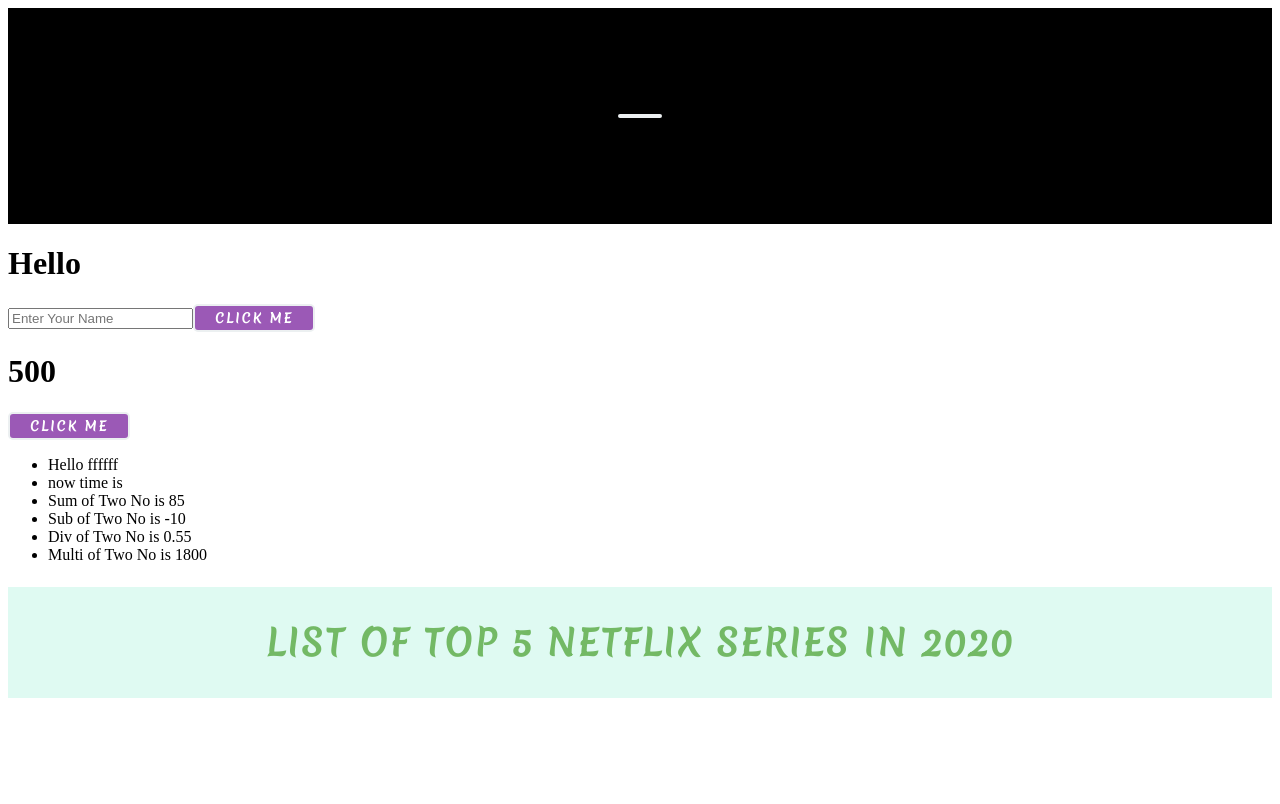
Repository: hardik2626/reactlearn2020
Page: /
The author's editor kept a copy of each file at every save. The page is drawn from the files as they stood at one save, then again after a run of saves.
The browser window is 1280 px wide. The pictures show the part of the page from y = 0 to 804 px (the page is 1828 px tall).
Pictures or frames that could not be fetched are drawn as grey boxes. The project was rebuilt for these pictures with package versions that can differ from the ones it lists, and the page was loaded fresh each time.

Above is the page before, as saved 2020-10-10 10:52:14.

### public/index.html
<!DOCTYPE html>
<html lang="en">

<head>
    <meta charset="utf-8" />
    <link rel="icon" href="%PUBLIC_URL%/favicon.ico" />
    <meta name="viewport" content="width=device-width, initial-scale=1" />
    <meta name="theme-color" content="#000000" />
    <meta name="description" content="Web site created using create-react-app" />
    <link rel="apple-touch-icon" href="%PUBLIC_URL%/logo192.png" />
    <!--
      manifest.json provides metadata used when your web app is installed on a
      user's mobile device or desktop. See https://developers.google.com/web/fundamentals/web-app-manifest/
    -->
    <link rel="manifest" href="%PUBLIC_URL%/manifest.json" />
    <!--
      Notice the use of %PUBLIC_URL% in the tags above.
      It will be replaced with the URL of the `public` folder during the build.
      Only files inside the `public` folder can be referenced from the HTML.

      Unlike "/favicon.ico" or "favicon.ico", "%PUBLIC_URL%/favicon.ico" will
      work correctly both with client-side routing and a non-root public URL.
      Learn how to configure a non-root public URL by running `npm run build`.
    -->
    <link href="https://fonts.googleapis.com/css2?family=Merienda&display=swap" rel="stylesheet">
    <title>React App</title>
</head>

<body>
    <noscript>You need to enable JavaScript to run this app.</noscript>
    <div id="root"></div>
    <!--
      This HTML file is a template.
      If you open it directly in the browser, you will see an empty page.

      You can add webfonts, meta tags, or analytics to this file.
      The build step will place the bundled scripts into the <body> tag.

      To begin the development, run `npm start` or `yarn start`.
      To create a production bundle, use `npm run build` or `yarn build`.
    -->
</body>

</html>

### src/index.js
import React from 'react';
import ReactDOM from 'react-dom';
import App from './App';
import Cards from './Cards'
import './index.css';
import Sdata from './Sdata'

//console.log(Sdata[1].sname);

/*function nCard(val){
  //console.log(val);
  return(
    <Cards
     imgsrc={val.imgsrc}
     sname={val.sname}
     title={val.title}
     link={val.link}
     />
  )
}*/



ReactDOM.render(
  <>

  <App myname="ffffff" />


    <h1 className="heading_style">List of TOP 5 Netflix Series in 2020</h1>
    {/* {Sdata.map(nCard)}; */}

    {Sdata.map((val, index) => {
      console.log(index);
      return(
        <React.Fragment key={val.imgsrc}>
        <Cards  imgsrc={val.imgsrc} sname={val.sname} title={val.title} link={val.link} />
        </React.Fragment>
      )
      }
    )};


     { /* <Cards imgsrc={Sdata[1].imgsrc} sname={Sdata[1].sname} title={Sdata[1].title} link={Sdata[1].link} />
     <Cards imgsrc={Sdata[2].imgsrc} sname={Sdata[2].sname} title={Sdata[2].title} link={Sdata[2].link} /> */ }

  </>, document.getElementById('root')
);

### src/App.js
import React from 'react';
import add, { sub, mult, div } from './Calc';
import Eventhand from './Eventhand';
import Myform from './Myform';
import Myhooks from './Myhooks';

function App(props){

  return(
    <>
    <Eventhand />
   <Myform />
   <Myhooks />
  <ul>
  <li>Hello {props.myname}</li>
  <li>now time is {new Date().toLocaleDateString}</li>
    <li>Sum of Two No is {add(45,40)}</li>
    <li>Sub of Two No is {sub(30,40)}</li>
    <li>Div of Two No is {div(22,40)}</li>
    <li>Multi of Two No is {mult(45,40)}</li>
  </ul>
  </>
  )
}

export default App

### src/Cards.jsx
import React from 'react';

function Cards(props){
  //console.log(props)
  return(
    <>
    <div className="cards">
      <div className="card">
        <img src={props.imgsrc} alt="ALPIC" className="card__img" />
        <div className="card__info">
          <span className="card__category">{props.title}</span>
          <h3 className="card__title"> {props.sname} </h3>
          <a href={props.link } target="_blank">
            <button>Watch Now</button>
          </a>
        </div>
      </div>
    </div>
  </>
  )
}
export default Cards

### src/index.css
/* * {
    margin: 0;
    padding: 0;
    box-sizing: border-box;
}

.heading {
    color: blue;
    text-align: center;
    text-transform: capitalize;
    font-weight: bold;
    text-shadow: 0px 2ps 4px #ffe9c5;
    font-family: 'Merienda', cursive;
}

.heading2 {
    color: #c75757;
    text-align: center;
    text-transform: capitalize;
    font-weight: bold;
    font-family: 'Merienda', cursive;
}

.imgDIV {
    width: 200px;
    height: auto;
    margin-top: 20px;
    display: inline;
}

body {
    background-color: #b4f2e1;
    box-sizing: border-box;
    margin: 0;
    padding: 0;
    font-family: 'Gill Sans', 'Gill Sans MT', Calibri, 'Trebuchet MS', sans-serif;
}

div {
    width: 100%;
    height: 100vh;
    display: flex;
    justify-content: center;
    align-items: center;
    margin-top: -30px;
}

h1 {
    padding: 20px;
    background-color: #ffe9c5;
    color: #fa9191;
    border-radius: 20px;
    font-size: 60px;
}

span {
    color: #eb6383;
} */

.heading_style {
    padding: 30px 0;
    text-align: center;
    font-family: 'Merienda', cursive;
    text-transform: uppercase;
    font-size: 35px;
    letter-spacing: 2px;
    font-weight: bold;
    color: #3d9820ab;
    background-color: #b4f2e16b;
    margin-bottom: 30px;
}

.cards {
    width: 100%;
    height: auto;
}

.card {
    margin: 6%;
    background-color: #fff;
    width: 21.25%;
    border-radius: 12%;
    box-shadow: 0px 13px 10px -7px rgba(0, 0, 0, 0.1);
    float: left;
    transition: all 0.4s cubic-bezier(0.175, 0.885, 0, 1);
    -webkit-border-radius: 12%;
    -moz-border-radius: 12%;
    -ms-border-radius: 12%;
    -o-border-radius: 12%;
    -webkit-transition: all 0.4s cubic-bezier(0.175, 0.885, 0, 1);
    -moz-transition: all 0.4s cubic-bezier(0.175, 0.885, 0, 1);
    -ms-transition: all 0.4s cubic-bezier(0.175, 0.885, 0, 1);
    -o-transition: all 0.4s cubic-bezier(0.175, 0.885, 0, 1);
}

.card:hover {
    box-shadow: 0px 30px 18px -8px rgba(0, 0, 0, 0.1);
    transform: scale(1.05, 1.05);
    -webkit-transform: scale(1.05, 1.05);
    -moz-transform: scale(1.05, 1.05);
    -ms-transform: scale(1.05, 1.05);
    -o-transform: scale(1.05, 1.05);
}

.card__img {
    width: 100%;
    height: 235px;
    border-top-left-radius: 12px;
    border-top-right-radius: 12px;
}

.card__info {
    background-color: #fff;
    border-bottom-left-radius: 12px;
    border-bottom-right-radius: 12px;
    padding: 16px 24px 24px 24px;
}

.card__category {
    font-family: 'Franklin Gothic Medium', 'Arial Narrow', Arial, sans-serif;
    text-transform: uppercase;
    font-size: 13px;
    letter-spacing: 2px;
    font-weight: bold;
    color: #868686;
    background-color: #fff;
}

.card__title {
    margin-top: 5px;
    margin-bottom: 10px;
    font-family: 'Merienda', cursive;
    background-color: #fff;
    text-transform: capitalize;
}

button {
    padding: 8px 5px;
    font-family: 'Merienda', cursive;
    text-transform: uppercase;
    font-size: 13px;
    letter-spacing: 2px;
    font-weight: bold;
    color: #868686;
    background-color: #fff;
    outline: none;
    border: 1px solid #000;
    cursor: pointer;
}

button {
    line-height: 24px;
    padding: 0 20px;
    background-color: #9b59b6;
    color: #fff;
    border: 2px solid #ecf0f1;
    outline: none;
    border-radius: 5px;
    text-transform: uppercase;
    cursor: pointer;
    -webkit-border-radius: 5px;
    -moz-border-radius: 5px;
    -ms-border-radius: 5px;
    -o-border-radius: 5px;
}

h1.evnthnd {
    color: White;
    background: transparent;
    text-shadow: 0 2px 2px #000;
}

div.evnt {
    width: 100%;
    height: 30vh;
    display: flex;
    justify-content: center;
    align-items: center;
    background-color: violet;
    flex-direction: column;
}

### src/Sdata.jsx
const Sdata = [{
        imgsrc : "https://picsum.photos/500/300",
        sname : "DARK",
        title : " A Netflix Original Series",
        link : "https://www.google.com/"
    },
    {
        imgsrc : "https://picsum.photos/500/330",
        sname : "Extra Carricular",
        title : " A Netflix Original Series",
        link : "https://www.google.com/"
    },
    {
        imgsrc : "https://picsum.photos/500/340",
        sname : "MasterCard",
        title : " A Netflix Original Series",
        link : "https://www.google.com/"
    },
    {
        imgsrc : "https://picsum.photos/500/335",
        sname : "TrueLove",
        title : " A ZEE  Series",
        link : "https://www.google.com/"
    },
    {
        imgsrc : "https://picsum.photos/500/345",
        sname : "Khul JA Sim Sim",
        title : " A ZEE5  Series",
        link : "https://www.google.com/"
    },
    {
        imgsrc : "https://picsum.photos/500/339",
        sname : "Extra Carricular",
        title : " A Netflix Original Series",
        link : "https://www.google.com/"
    }

];
export default Sdata

### src/Calc.jsx
import React from 'react';

function add(a, b) {
    let sum = a + b;
    return sum;
}
export default add;

function sub(a, b) {
    let sub = a - b;
    return sub;
}


function mult(a, b) {
    let mult = a * b;
    return mult;
}


function div(a, b) {
    let div = a / b;
    return div;
}
export { sub, mult, div };

### src/Eventhand.js
import React, { Component, useState } from 'react'

const Eventhand = () => {
        const purple = "#000";
        const [bg,setBg] = useState(purple)
        const [ename, setName] = useState('Click Me Event')
        const [bgBack, setNewName] = useState(setName)
        const bgChange = () => {
                console.log('clickkk');
                let newBg = "#789548"
                setBg(newBg)
                setName("Hardik Devani 🤬 ")
                setNewName('ddddddd')
        }
        return(
                <>
                        <div className="evnt" style={{backgroundColor:bg}}>
                                <button onDoubleClick={bgChange} onDoubleClick={bgBack}>{ename}</button>
                        </div>
                </>
        )
}
export default Eventhand;

### src/Myform.js
import React, { useState } from 'react'

const Myform = () => {

        const [name, setName] = useState()
        const [fullName, setFullName] = useState()

        const subForm = (event) =>{
                setName(event.target.value)
                //console.log(event.target.value);
        }
        const onSubmit = () => {
                setFullName(name)
        }
        return(
                <>
                <div>
                        <h1>Hello {fullName}</h1>
                        <input type="text" placeholder="Enter Your Name" onChange={subForm} value={name} />
                        <button onClick={onSubmit}>Click Me</button>
                </div>
        </>
        )
}

export default Myform;

### src/Myhooks.js
import React, { useState } from 'react';
let count = 1;

const Myhooks = () => {

        const state = useState();
const [count, setCount] = useState(500);

const IncNum = () => {
        setCount(count + 5)
        //console.log("clicked" + count++)
};

        return(
                <>
                <h1>{count}</h1>
                <button onClick={IncNum}>Click Me</button>
                </>
        )
}
export default Myhooks

After the next 6 saves:
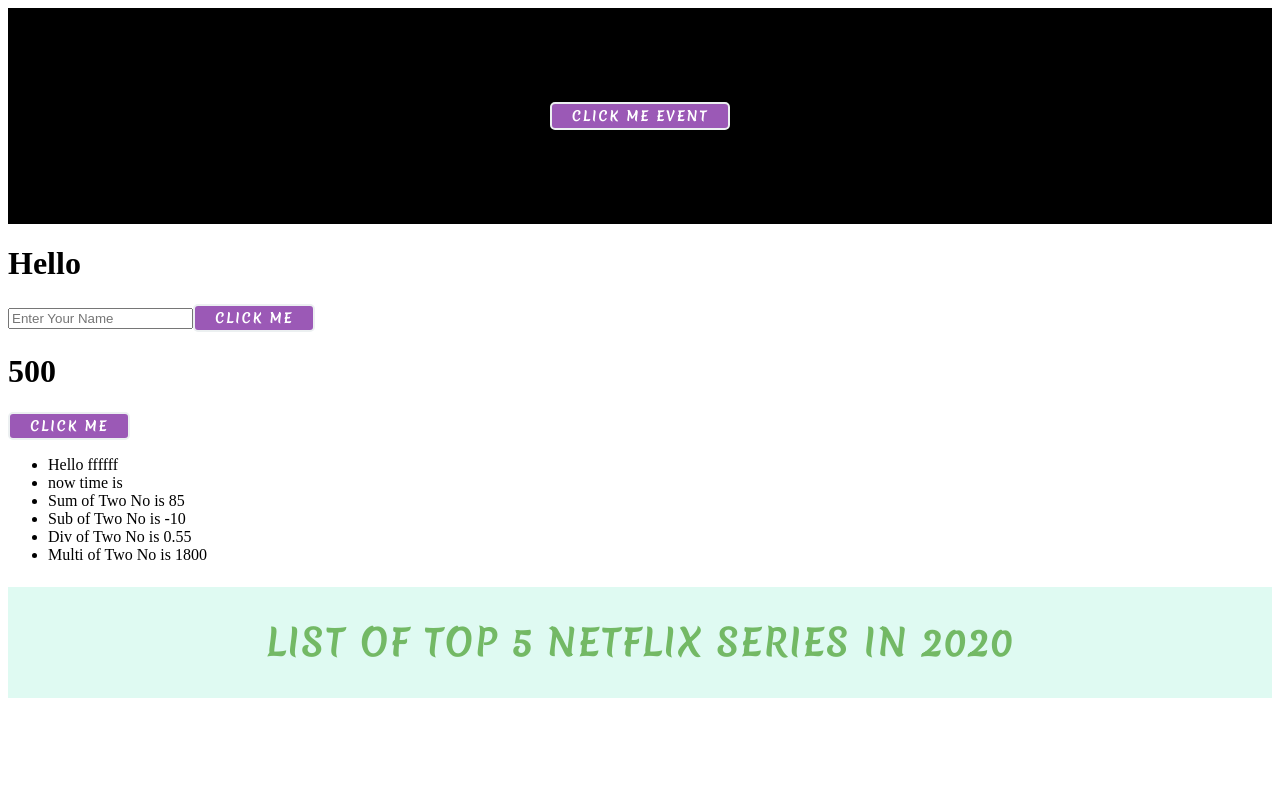
The 6 saves are shown as one change because 3 did not build or start and some came seconds apart.
The last was saved 4 min 32 s later.
--- a/src/Eventhand.js
+++ b/src/Eventhand.js
@@ -4,13 +4,16 @@ const Eventhand = () => {
         const purple = "#000";
         const [bg,setBg] = useState(purple)
         const [ename, setName] = useState('Click Me Event')
-        const [bgBack, setNewName] = useState(setName)
+        //const [bgBack, setNewName] = useState(setName)
         const bgChange = () => {
-                console.log('clickkk');
+                //console.log('clickkk');
                 let newBg = "#789548"
                 setBg(newBg)
                 setName("Hardik Devani 🤬 ")
-                setNewName('ddddddd')
+        }
+        const bgBack = () => {
+                setBg(purple)
+                setName('fdsfsff')
         }
         return(
                 <>
